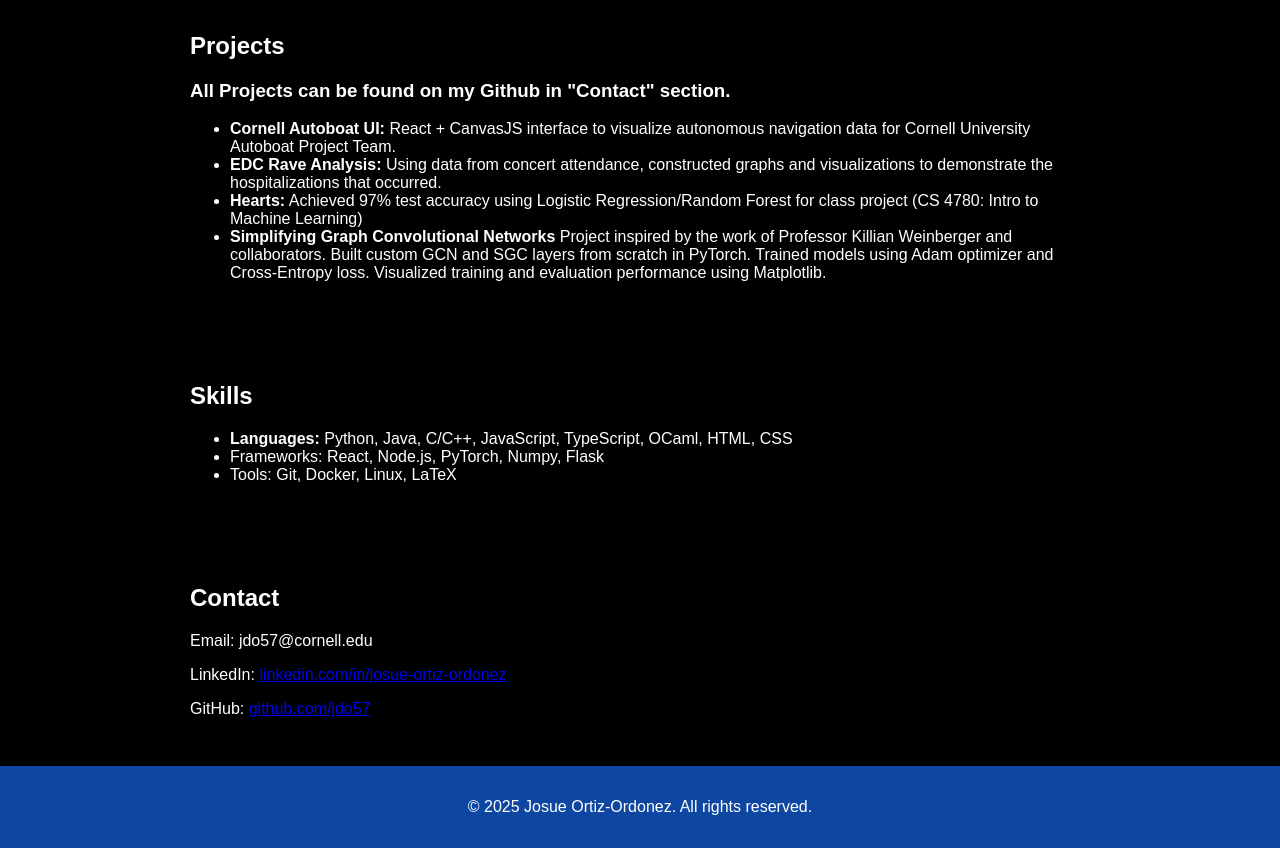
Repository: jdo57/Website
Page: index.html
The author's editor kept a copy of each file at every save. The page is drawn from the files as they stood at one save, then again after a run of saves.
The browser window is 1280 px wide. The pictures show the part of the page from y = 1281 to 2129 px (the page is 2129 px tall).
A picture or video elsewhere on the page could not be fetched, so the positions and the page height are approximate.

Above is the page before, as saved 2025-05-26 17:46:49.

After the next 2 saves:
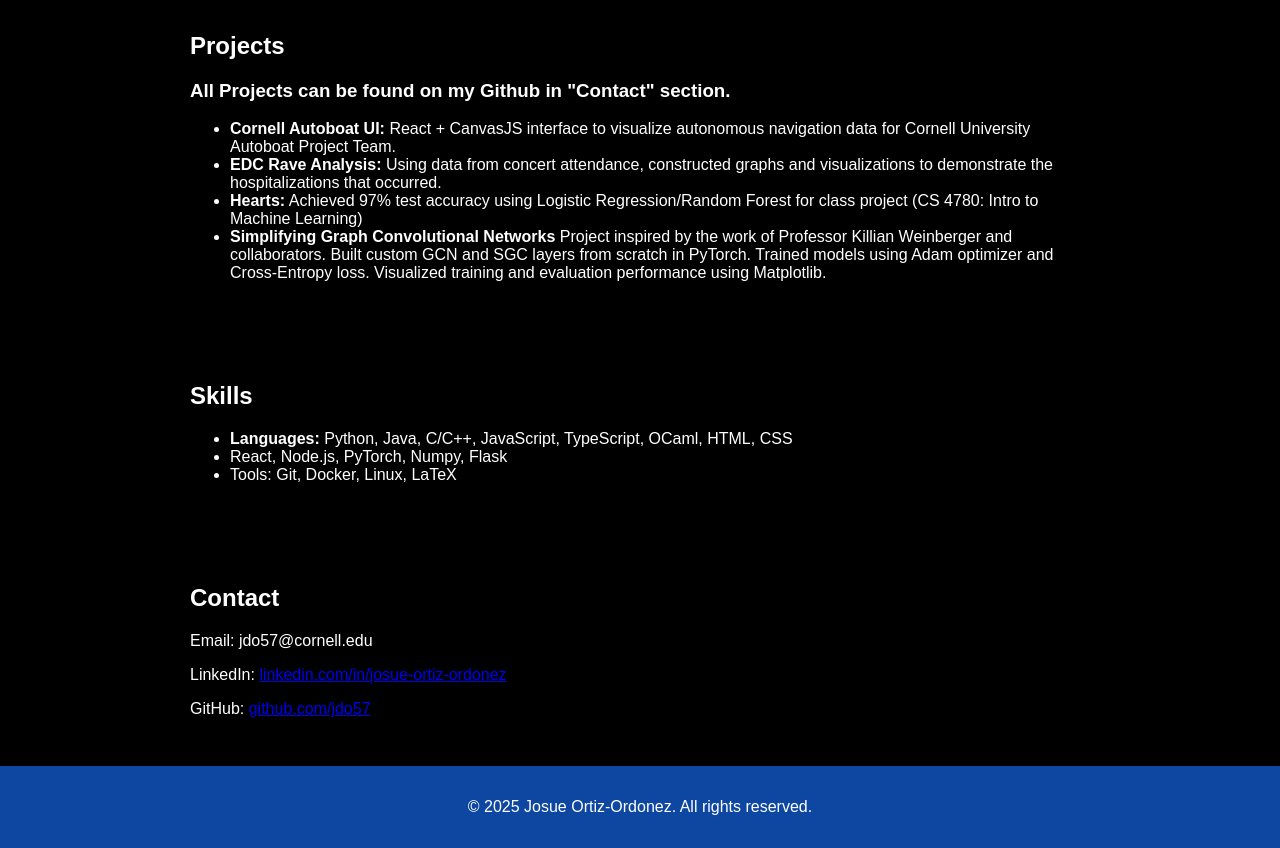
The 2 saves are shown as one change because they came seconds apart.
The last was saved 9 s later.
--- a/index.html
+++ b/index.html
@@ -127,7 +127,7 @@
     <h2>Skills</h2>
     <ul>
       <li><strong> Languages:</strong> Python, Java, C/C++, JavaScript, TypeScript, OCaml, HTML, CSS </li>
-      <li>Frameworks: React, Node.js, PyTorch, Numpy, Flask</li>
+      <li><strong></strong> React, Node.js, PyTorch, Numpy, Flask</li>
       <li>Tools: Git, Docker, Linux, LaTeX</li>
     </ul>
   </section>
